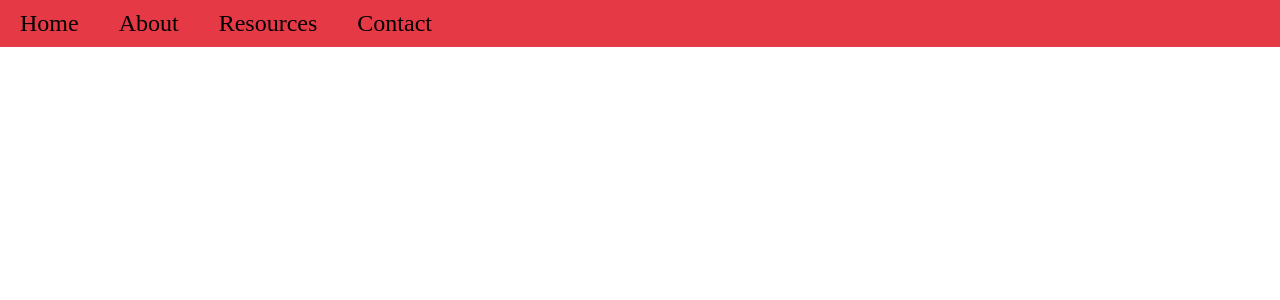
Repository: rdass1/COM421-FinalProject
Page: Website/index.html
An editor plug-in stored every save of this project. The page is shown before and after a run of saves, followed by the edit.
The browser window is 1280 px wide. The pictures show the whole page.

Above is the page before, as saved 2021-05-11 22:53:38.

### Website/index.html
<!DOCTYPE html>
<html>
    <head>
        <meta charset="UTF-8">
        <meta name="description" content="Take It To the Streets is a non-profit organization that helps people find information on how to fight their tickets. ">
        <meta name="author" content="Group 2">
        <meta name="viewport" content="width=device-width, initial-scale=1.0">
        <link rel="stylesheet" type="text/css" href="css/index.css">
        <title>Take It To The Streets</title>
    </head>
    <body>
        <header>
            <div id = "navbar">
                <nav>
                    <ul>
                        <li>Home</li>
                        <li>About</li>
                        <li>Resources</li>
                        <li>Contact</li>
                    </ul>

                </nav>
            </div>
        </header>

    </body>
</html>

### Website/css/index.css
body{
    margin:0px;
}

header{
    background-color: #e63946;
    width: 100%;
    height: 6%;
    display: flex;
    justify-content: flex-start;
    margin: 0px;
    padding: 0px;

}

#navbar nav{
    display: flex;


}

#navbar ul{
    margin: 0px;
    padding: 0px;
    overflow: hidden;
    list-style: none;
}

#navbar li{
    margin: 0px;
    padding: 10px 20px 10px 20px;
    font-size: 1.5rem;
    float:left;

}

After the next 2 saves:
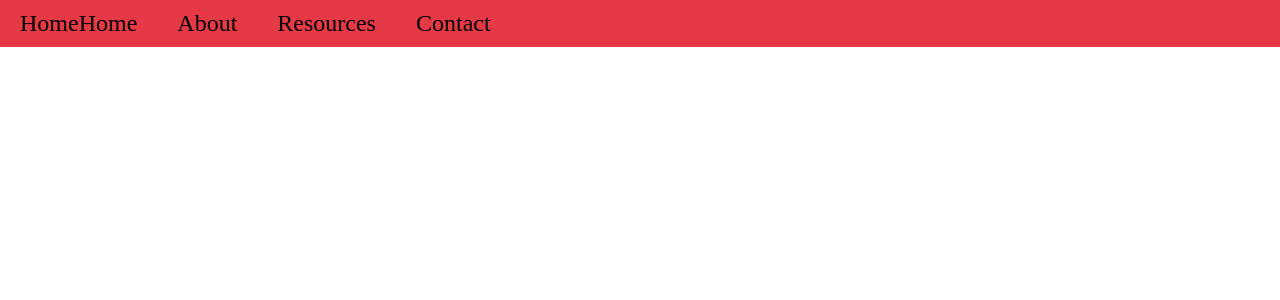
The 2 saves are shown as one change because they came seconds apart.
The last was saved 18 s later.
--- a/Website/index.html
+++ b/Website/index.html
@@ -13,7 +13,7 @@
             <div id = "navbar">
                 <nav>
                     <ul>
-                        <li>Home</li>
+                        <li><a>Home</a>Home</li>
                         <li>About</li>
                         <li>Resources</li>
                         <li>Contact</li>
